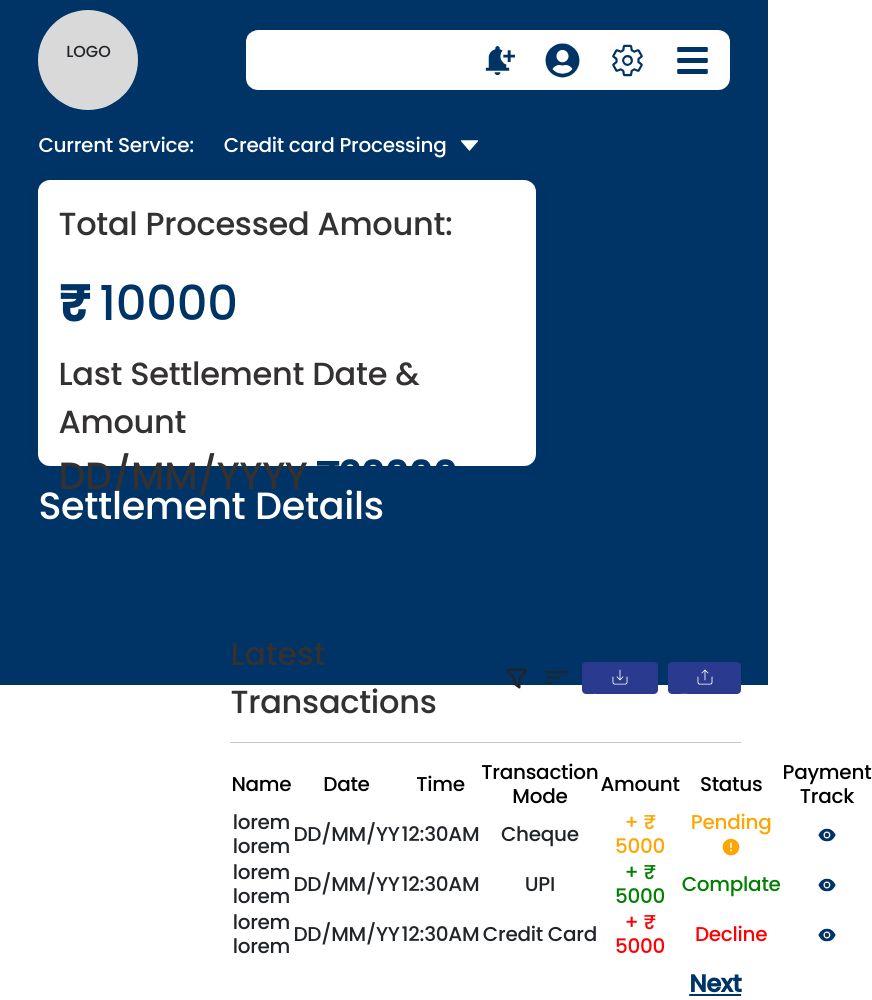
Repository: FlyweisReact/Prashant
Page: /dashboard
These files come from the project's save history. The page is drawn as it stood at one moment and after the next save; the edit follows.
The browser window is 768 px wide. The page is 872 px wide, so the pictures cover 872 px, including what lies to the right of the window. The pictures show the whole page.
Some web libraries are served in a nearby version. The project was rebuilt for these pictures with package versions that can differ from the ones it lists, and the page was loaded fresh each time. Also part of the build but not shown: src/Pages/CryptoPayment.jsx, src/Pages/CurrentCharge.jsx, src/Styles/Login.module.css, src/Components/Login/LoginFirstSection.jsx, src/Components/Login/LoginMainSection.jsx, src/Pages/Login.jsx, src/Pages/MatureFund.jsx, src/Pages/OpenBanking.jsx and 12 more.

Above is the page before, as saved 2023-03-23 18:32:07.

### public/index.html
<!DOCTYPE html>
<html lang="en">
  <head>
    <meta charset="utf-8" />
    <link rel="icon" href="%PUBLIC_URL%/favicon.ico" />
    <meta name="viewport" content="width=device-width, initial-scale=1" />
    <meta name="theme-color" content="#000000" />
    <meta
      name="description"
      content="Web site created using create-react-app"
    />
    <link rel="apple-touch-icon" href="%PUBLIC_URL%/logo192.png" />
    <link rel="manifest" href="%PUBLIC_URL%/manifest.json" />
    <title>React App</title>
  </head>
  <body>
    <noscript>You need to enable JavaScript to run this app.</noscript>
    <div id="root"></div>
  </body>
  <style>
    @import url("https://fonts.googleapis.com/css2?family=Lilita+One&family=PT+Sans&family=Poppins:wght@500&display=swap");
  </style>
  <script src="https://kit.fontawesome.com/b533b351e4.js" crossorigin="anonymous"></script>
</html>

### src/Routes/AllRoutes.jsx
import React from "react";
import { Route, Routes } from "react-router-dom";
import { CryptoPayment } from "../Pages/CryptoPayment";
import { CurrentCharge } from "../Pages/CurrentCharge";
import { Dashboard } from "../Pages/Dashboard";
import { Login } from "../Pages/Login";
import { MatureFund } from "../Pages/MatureFund";
import { OpenBanking } from "../Pages/OpenBanking";
import { OtpPage } from "../Pages/OtpPage";
import { Profile } from "../Pages/Profile";
import { RefundRequest } from "../Pages/RefundRequest";
import { Register } from "../Pages/Register";
import { RegisterTwo } from "../Pages/RegisterTwo";
import { RollingReserve } from "../Pages/RollingReserve";

export const AllRoutes = () => {
  return (
    <Routes>
      <Route path="/" element={<Login />} />
      <Route path="/verify-otp" element={<OtpPage />} />
      <Route path="/dashboard" element={<Dashboard />} />
      <Route path="/register" element={<Register />} />
      <Route path="/detail-register" element={<RegisterTwo />} />
      <Route path="/profile" element={<Profile />} />
      <Route path="/rolling-reserve" element={<RollingReserve />} />
      <Route path="/mature-fund" element={<MatureFund />} />
      <Route path="/refund-request" element={<RefundRequest />} />
      <Route path="/current-charge" element={<CurrentCharge />} />
      <Route path="open-banking-service" element={<OpenBanking />} />
      <Route path="/crypto-payment-proccessing" element={<CryptoPayment />} />
    </Routes>
  );
};

### src/Components/SideBar.jsx
import React from "react";
import { AiFillHome } from "react-icons/ai";
import { Link, useLocation } from "react-router-dom";
import styles from "../Styles/SideBar.module.css";
export const SideBar = () => {
  const { pathname } = useLocation();
  return (
    <div className={styles.SideBarMain}>
      <h1>Welcome Back</h1>
      <div>
        <div>
          <img
            src="https://th.bing.com/th/id/OIP.2i5UaEHaQM3PYAYXQyM1AAAAAA?pid=ImgDet&rs=1"
            alt="img"
          />
          <h1>Pooja Sharma</h1>
          <p>ID:#202031232</p>
          <div className={styles.TotalBudgetDiv}>
            <h1>&#x20b9;</h1>
            <h1>10000</h1>
          </div>
          <p>Monthly Budget</p>
        </div>
      </div>
      <div className={styles.LinkBox}>
        <Link to={"/dashboard"}>
          <div
            className={
              pathname === "/dashboard" ? styles.active : styles.unactive
            }
          >
            <AiFillHome size={25} />
            <p>Dashboard</p>
          </div>
        </Link>
        <Link to={"/rolling-reserve"}>
          <div
            className={
              pathname === "/rolling-reserve" ? styles.active : styles.unactive
            }
          >
            <p>Rolling Reserve</p>
          </div>
        </Link>
        <Link to={"/mature-fund"}>
          <div
            className={
              pathname === "/mature-fund" ? styles.active : styles.unactive
            }
          >
            <p>Mature Funds</p>
          </div>
        </Link>
        <Link to={"/refund-request"}>
          <div
            className={
              pathname === "/refund-request" ? styles.active : styles.unactive
            }
          >
            <p>Refund Request</p>
          </div>
        </Link>
        <Link to={"/current-charge"}>
          <div
            className={
              pathname === "/current-charge" ? styles.active : styles.unactive
            }
          >
            <p>Current Charge Back</p>
          </div>
        </Link>
      </div>
    </div>
  );
};

### src/Components/TotalAmountSection.jsx
import React from "react";
import styles from "../Styles/TotalAmountSection.module.css";
export const TotalAmountSection = () => {
  return (
    <div className={styles.MainDiv}>
      <h1>Total Processed Amount:</h1>
      <div className={styles.TotalBudgetDiv}>
        <h1>&#x20b9;</h1>
        <h1>10000</h1>
      </div>
      <h1>Last Settlement Date & Amount</h1>
      <div className={styles.DateSection}>
        <div>
          <p>DD/MM/YYYY</p>
          <h2>&#x20b9;{20000}</h2>
        </div>
      </div>
    </div>
  );
};

### src/Components/CardProccessingModal.jsx
import React from "react";
import { MdOutlineClose } from "react-icons/md";
import { Link } from "react-router-dom";
import styles from "../Styles/CardProccessingModal.module.css";
export const CardProccessingModal = ({ OpenModal, HandleModal }) => {
  console.log(OpenModal);
  return (
    <div className={OpenModal ? styles.modalVisible : styles.modal}>
      <div className={styles.ModalMainDiv}>
        <MdOutlineClose
          onClick={() => HandleModal()}
          size={25}
          className={styles.CloseICon}
        />
        <div>
          <Link to={""}>Credit Card Processing</Link>
          <hr />
          <Link to={"/open-banking-service"}>Open Banking Service</Link>
          <hr />
          <Link to={"/crypto-payment-proccessing"}>
            Crypto payment processing
          </Link>
        </div>
      </div>
    </div>
  );
};

### src/Components/PaymentPendingModal.jsx
import React from "react";
import { MdOutlineClose } from "react-icons/md";
import styles from "../Styles/PaymentPendingModal.module.css";
import { IoMdCheckmarkCircle } from "react-icons/io";
import { RiErrorWarningFill } from "react-icons/ri";
import { BsCircleFill } from "react-icons/bs";
export const PaymentPendingModal = ({ OpenModal, HandleModal }) => {
  console.log(OpenModal);
  return (
    <div className={OpenModal ? styles.modalVisible : styles.modal}>
      <div className={styles.ModalMainDiv}>
        <MdOutlineClose
          onClick={() => HandleModal()}
          size={25}
          className={styles.CloseICon}
        />
        <div>
          <h1>Payment Details</h1>
          <hr style={{ height: "4px", background: "white" }} />
          <div className={styles.paymentDetailMainDiv}>
            <div className={styles.PaymentDetails}>
              <div>
                <p>Transaction ID:</p>
                <p>545454545</p>
              </div>
              <div>
                <p>To:</p>
                <p>Loren loren Epsom ( Company Name)</p>
              </div>
              <div>
                <p>From:</p>
                <p>Loren loren Epsom (Merchant Company)</p>
              </div>
              <div>
                <p>Transaction Mode:</p>
                <p>Card</p>
              </div>
            </div>
            <div className={styles.paymentTimeline}>
              <p>Payment Timeline</p>
              <div>
                <div className={styles.VerticalLine}></div>
                <div className={styles.PaymentStatus}>
                  <IoMdCheckmarkCircle
                    size={25}
                    className={styles.Icons}
                    color="green"
                  />
                  <p>Payment Started</p>
                </div>
                <div className={styles.PaymentStatus}>
                  <RiErrorWarningFill
                    size={25}
                    className={styles.Icons}
                    color="orange"
                  />
                  <p>Payment Failed To complete</p>
                </div>
                <div className={styles.PaymentStatus}>
                  <BsCircleFill
                    size={25}
                    className={styles.Icons}
                    color="white"
                  />
                  <p>Payment Successful</p>
                </div>
              </div>
              <hr />
              <div className={styles.ReasonsDiv}>
                <p>Reason:</p>
                <p> Account Coded (Credit Rating) </p>
              </div>
              <div className={styles.ReasonsDiv}>
                <p>Code:</p>
                <p> 505 </p>
              </div>
              <div className={styles.ReasonsDiv}>
                <p>Description:</p>
                <p>
                  {" "}
                  The account the customer used for the attempted transaction
                  has a negative credit rating.{" "}
                </p>
              </div>
            </div>
          </div>
          <div className={styles.Note}>
            Note
            <RiErrorWarningFill />
          </div>
          <p className={styles.NotesPara}>If Payment stuck during the process it will automatically credited sender account in 3 to 4 days</p>
        </div>
      </div>
    </div>
  );
};

### src/Components/DeclineModal.jsx
import React from "react";
import { MdOutlineClose } from "react-icons/md";
import styles from "../Styles/DeclineModal.module.css";
import { IoMdCheckmarkCircle } from "react-icons/io";
import { RiErrorWarningFill } from "react-icons/ri";
import { BsCircleFill } from "react-icons/bs";
export const DeclineModal = ({ OpenModal, HandleModal }) => {
  return (
    <div className={OpenModal ? styles.modalVisible : styles.modal}>
      <div className={styles.ModalMainDiv}>
        <MdOutlineClose
          onClick={() => HandleModal()}
          size={25}
          className={styles.CloseICon}
        />
        <div>
          <h1>Payment Details</h1>
          <hr style={{ height: "4px", background: "white" }} />
          <div className={styles.paymentDetailMainDiv}>
            <div className={styles.PaymentDetails}>
              <div>
                <p>Transaction ID:</p>
                <p>545454545</p>
              </div>
              <div>
                <p>To:</p>
                <p>Loren loren Epsom ( Company Name)</p>
              </div>
              <div>
                <p>From:</p>
                <p>Loren loren Epsom (Merchant Company)</p>
              </div>
              <div>
                <p>Transaction Mode:</p>
                <p>Card</p>
              </div>
            </div>
            <div className={styles.paymentTimeline}>
              <p>Payment Timeline</p>
              <div>
                <div className={styles.VerticalLine}></div>
                <div className={styles.PaymentStatus}>
                  <IoMdCheckmarkCircle
                    size={25}
                    className={styles.Icons}
                    color="green"
                  />
                  <p>Payment Started</p>
                </div>
                <div className={styles.PaymentStatus}>
                  <RiErrorWarningFill
                    size={25}
                    className={styles.Icons}
                    color="red"
                  />
                  <p>Payment Failed To complete</p>
                </div>
                <div className={styles.PaymentStatus}>
                  <BsCircleFill
                    size={25}
                    className={styles.Icons}
                    color="white"
                  />
                  <p>Payment Successful</p>
                </div>
              </div>
              <hr />
              <div className={styles.ReasonsDiv}>
                <p>Reason:</p>
                <p> Account Coded (Credit Rating) </p>
              </div>
              <div className={styles.ReasonsDiv}>
                <p>Code:</p>
                <p> 505 </p>
              </div>
              <div className={styles.ReasonsDiv}>
                <p>Description:</p>
                <p>
                  {" "}
                  The account the customer used for the attempted transaction
                  has a negative credit rating.{" "}
                </p>
              </div>
            </div>
          </div>
        </div>
      </div>
    </div>
  );
};

### src/Styles/SideBar.module.css
.SideBarMain{
    position: absolute;
    width: 314px;
/* height: 789px; */
left: 25%px;
top: 35%;
background: #FFFFFF;
border: 1px solid #D9D9D9;
box-shadow: 0px 0px 4px rgba(0, 0, 0, 0.25);
border-radius: 12px;
padding: 10px;
}
.SideBarMain>h1{
    text-align: center;
    font-family: 'Poppins';
font-style: normal;
font-weight: 700;
font-size: 32px;
margin-top: 5px;
letter-spacing: -0.28px;
}
.SideBarMain>div{
    width: 100%;
    display: flex;
    align-items: center;
    justify-content: center;
}
.SideBarMain>div>div{
    text-align: center;
}
.SideBarMain>div>div>img{
    width: 120px;
height: 121px;
    border-radius: 50%;
}
.SideBarMain>div>div>h1{
    font-family: 'Poppins';
font-style: normal;
font-weight: 500;
font-size: 24px;
letter-spacing: -0.28px;
}
.SideBarMain>div>div>p{
    font-family: 'Poppins';
font-style: normal;
margin-top: -10px;
font-weight: 300;
font-size: 20px;
line-height: 30px;
letter-spacing: -0.28px;
color: rgba(0, 0, 0, 0.5);
}
.TotalBudgetDiv{
    display: flex;
    align-items: center;
    gap: 20px;
    margin: 15px;
}
.TotalBudgetDiv>h1:first-child{
    font-family: 'Poppins';
font-style: normal;
font-weight: 700;
font-size: 48px;
line-height: 72px;
letter-spacing: -0.28px;
}
.TotalBudgetDiv>h1{
    font-family: 'Poppins';
    font-style: normal;
    font-weight: 500;
    font-size: 48px;
    line-height: 72px;
    margin: 0;
    letter-spacing: -0.28px;
}
.LinkBox{
    display: flex;
    flex-direction: column;
    margin-top: 20px;
}
.LinkBox>a{
    text-decoration: none;
}
.active{
    width: 250px;
    height: 65px;
    padding-left: 10px;
    padding-right: 10px;
    background: #003466;
    box-shadow: 0px 0px 32px 4px rgba(0, 52, 102, 0.25);
    border-radius: 12px;
    display: flex;
    color: white;
    justify-content: center;
    align-items: center;
    gap: 5px;

}
.unactive{
    width: 250px;
    height: 65px;
    display: flex;

    color:#003466;
    justify-content: center;
    align-items: center;
    gap: 5px;
}
.unactive,.active >p{
    font-family: 'Poppins';
font-style: normal;
font-weight: 500;
font-size: 24px;
line-height: 36px;
letter-spacing: -0.28px;
}

@media (max-width:780px) {
    .SideBarMain{
        display: none;
    }

}

### src/Styles/TotalAmountSection.module.css
.MainDiv{
    display:flex;
    flex-direction: column;
    margin-top: 20px;
    width: 72%;
height: 286px;
background: #FFFFFF;
box-shadow: 0px 0px 10px rgba(0, 52, 102, 0.3);
border-radius: 12px;
}
.MainDiv>h1{
    font-family: 'Poppins';
    font-style: normal;
    font-weight: 500;
    font-size: 32px;
    line-height: 48px;
    letter-spacing: -0.28px;
    color: #333131;
    margin: 20px;
}
.TotalBudgetDiv{
    display: flex;
    align-items: center;
    gap: 30px;
    margin-left: 20px;
  margin-top: -30px;
  margin-bottom: -40px;
}
.TotalBudgetDiv>h1:first-child{
    font-family: 'Poppins';
font-style: normal;
font-weight: 700;
margin: 0;
font-size: 50px;
line-height: 72px;
letter-spacing: -0.28px;
color: #003466;
}
.TotalBudgetDiv>h1{
    font-family: 'Poppins';
    font-style: normal;
    font-weight: 500;
    font-size: 48px;
    line-height: 72px;
    margin: 0;
    letter-spacing: -0.28px;
    color: #003466;
}
.DateSection>div{
    width: 80%;
    margin-top: -50px;
    /* background-color: rebeccapurple; */
    display: flex;
    justify-content: space-between;
    align-items: center;
    margin-left: 20px;
}
.DateSection>div>p{
   font-family: 'Poppins';
font-style: normal;
font-weight: 500;
font-size: 38px;
line-height: 60px;
/* identical to box height */
margin: 0;
letter-spacing: -0.28px;
color: #333131;
}
.DateSection>div>h2{
    margin: 0;
    font-family: 'Poppins';
font-style: normal;
font-weight: 600;
font-size: 38px;
line-height: 60px;
letter-spacing: -0.28px;
color: #003466;
}

@media (max-width : 780px) {
    .MainDiv{
        w
    }

}

### src/Styles/CardProccessingModal.module.css
.modal{
    display: none;
  position: fixed;
  z-index: 1;
  left: 0%;
  top: 0;
  width: 100%;
  height: 100%;
  overflow: auto;
  background-color: rgb(0,0,0);
  background-color: rgba(0,0,0,0.4);
}
.modalVisible{
    display :block;
    position: fixed;
    z-index: 1;
    left: 0%;
    top: 0;
    width: 100%;
    height: 100%;
    /* margin-bottom: 20px; */
    overflow: auto;
    background-color: rgb(0,0,0);
    background-color: rgba(0,0,0,0.4);
}
.CloseICon{
    position: absolute;
    right: 3%;
    top: 5%;
    cursor: pointer;
}
.MainTitle{
    display: flex;
    border: 1px solid blue;
}
.ModalMainDiv{
    position:absolute;
    margin: auto;
    /* width: 435px; */
height: 221px;
background: #FFFFFF;
border-radius: 4px;

    top: 38%;
    left: 60%;

}
.ModalMainDiv>div{
    margin: 30px;
}
.ModalMainDiv>div>a{
    text-decoration: none;
    height: 50px;
    font-family: 'Poppins';
font-style: normal;
font-weight: 500;
font-size: 32px;
line-height: 40px;
letter-spacing: -0.28px;

color: #333333;
}

### src/Styles/PaymentPendingModal.module.css
.modal{
    display: none;
  position: fixed;
  z-index: 1;
  left: 0%;
  top: 0;
  width: 100%;
  height: 100%;
  overflow: auto;
  background-color: rgb(0,0,0);
  background-color: rgba(0,0,0,0.4);
}
.modalVisible{
    display :block;
    position: fixed;
    z-index: 1;
    left: 0%;
    top: 0;
    width: 100%;
    height: 100%;
    /* margin-bottom: 20px; */
    overflow: auto;
    background-color: rgb(0,0,0);
    background-color: rgba(0,0,0,0.4);
}
.CloseICon{
    position: absolute;
    right: 3%;
    top: 3%;
    cursor: pointer;
    color: white;
}
.MainTitle{
    display: flex;
    border: 1px solid blue;
}
.ModalMainDiv{
    position:absolute;
    margin: auto;
width: 980px;
/* height: 681px; */
left: 20%;
top: 8%;

background: #003466;


}
.ModalMainDiv>div{
    margin: 30px;
}
.ModalMainDiv>div>h1{
    font-family: 'Poppins';
    font-style: normal;
    font-weight: 600;
    font-size: 24px;
    line-height: 29px;
    letter-spacing: -0.28px;
    color: #FFFFFF;
}
.paymentDetailMainDiv{
    display: flex;
    gap: 20px;
    margin-top: 20px;
}
.paymentDetailMainDiv>div:first-child{
    width: 50%;
/* height: 426px; */
background: #FFFFFF;
border: 1px solid #D9D9D9;
box-shadow: 0px 0px 4px rgba(0, 0, 0, 0.25);
border-radius: 20px;
}
.paymentDetailMainDiv>div{
    width: 50%;
}

.PaymentDetails>div{
    margin:20px;
    margin-top: 0;
    margin-bottom: 30px;
}

.PaymentDetails>div>p{
    font-family: 'Poppins';
font-style: normal;
margin: 10;
font-weight: 500;
font-size: 20px;
line-height: 24px;
letter-spacing: -0.28px;
color: #003466;
}
.PaymentDetails>div>p:first-child{
    font-weight: 600;
}
.paymentTimeline>p{
    font-family: 'Poppins';
    font-style: normal;
    font-weight: 500;
    font-size: 20px;
    line-height: 24px;
    letter-spacing: -0.28px;
    margin: 0;
    color: #FFFFFF;
}
.paymentTimeline>div{
    position: relative;
}
.PaymentStatus{
    display: flex;
    align-items: center;
    gap: 20px;
}
.PaymentStatus>p{
    font-family: 'Poppins';
font-style: normal;
font-weight: 400;
font-size: 20px;
line-height: 24px;
letter-spacing: -0.28px;
margin-left: 40px;
color: #FFFFFF;
}
.VerticalLine{
    position: absolute;
    border-left:2px dotted white;
    left:3%;
    top: 18%;
    height:130px;
}
.Icons{
    position: absolute;
    left: 0;
}
.ReasonsDiv{
    display: flex;
    gap: 30px;
    margin: 10px;
}

.ReasonsDiv>p:first-child{
    width: 30%;
    font-family: 'Poppins';
    font-style: normal;
    font-weight: 500;
    font-size: 20px;
    line-height: 24px;
    letter-spacing: -0.28px;

    color: #FFFFFF;
    margin: 0;
}
.ReasonsDiv>p:last-child{
    width: 70%;
    font-family: 'Poppins';
    font-style: normal;
    font-weight: 400;
    font-size: 20px;
    line-height: 24px;
    letter-spacing: -0.28px;
    margin: 0;
    color: #FFFFFF;
}
.Note{
    margin-top: 20px;
    width: 128px;
    display: flex;
    justify-content: center;
    align-items: center;
height: 38px;
background: #FFFFFF;
border-radius: 19px;
font-family: 'Poppins';
font-style: normal;
font-weight: 600;
font-size: 24px;
line-height: 29px;
/* identical to box height */

letter-spacing: -0.28px;

color: #003466;

}
.NotesPara{
    width: 100%;
    font-family: 'Poppins';
font-style: normal;
font-weight: 500;
font-size: 19px;
line-height: 24px;
letter-spacing: -0.28px;
color: #FFFFFF;
}

### src/Styles/DeclineModal.module.css
.modal{
    display: none;
  position: fixed;
  z-index: 1;
  left: 0%;
  top: 0;
  width: 100%;
  height: 100%;
  overflow: auto;
  background-color: rgb(0,0,0);
  background-color: rgba(0,0,0,0.4);
}
.modalVisible{
    display :block;
    position: fixed;
    z-index: 1;
    left: 0%;
    top: 0;
    width: 100%;
    height: 100%;
    /* margin-bottom: 20px; */
    overflow: auto;
    background-color: rgb(0,0,0);
    background-color: rgba(0,0,0,0.4);
}
.CloseICon{
    position: absolute;
    right: 3%;
    top: 3%;
    cursor: pointer;
    color: white;
}
.MainTitle{
    display: flex;
    border: 1px solid blue;
}
.ModalMainDiv{
    position:absolute;
    margin: auto;
width: 980px;

left: 20%;
top: 8%;

background: #003466;


}
.ModalMainDiv>div{
    margin: 30px;
}
.ModalMainDiv>div>h1{
    font-family: 'Poppins';
    font-style: normal;
    font-weight: 600;
    font-size: 24px;
    line-height: 29px;
    letter-spacing: -0.28px;
    color: #FFFFFF;
}
.paymentDetailMainDiv{
    display: flex;
    gap: 20px;
    margin-top: 20px;
}
.paymentDetailMainDiv>div:first-child{
    width: 50%;
/* height: 426px; */
background: #FFFFFF;
border: 1px solid #D9D9D9;
box-shadow: 0px 0px 4px rgba(0, 0, 0, 0.25);
border-radius: 20px;
}
.paymentDetailMainDiv>div{
    width: 50%;
}

.PaymentDetails>div{
    margin:20px;
    margin-top: 0;
    margin-bottom: 30px;
}

.PaymentDetails>div>p{
    font-family: 'Poppins';
font-style: normal;
margin: 10;
font-weight: 500;
font-size: 20px;
line-height: 24px;
letter-spacing: -0.28px;
color: #003466;
}
.PaymentDetails>div>p:first-child{
    font-weight: 600;
}
.paymentTimeline>p{
    font-family: 'Poppins';
    font-style: normal;
    font-weight: 500;
    font-size: 20px;
    line-height: 24px;
    letter-spacing: -0.28px;
    margin: 0;
    color: #FFFFFF;
}
.paymentTimeline>div{
    position: relative;
}
.PaymentStatus{
    display: flex;
    align-items: center;
    gap: 20px;
}
.PaymentStatus>p{
    font-family: 'Poppins';
font-style: normal;
font-weight: 400;
font-size: 20px;
line-height: 24px;
letter-spacing: -0.28px;
margin-left: 40px;
color: #FFFFFF;
}
.VerticalLine{
    position: absolute;
    border-left:2px dotted white;
    left:3%;
    top: 18%;
    height:130px;
}
.Icons{
    position: absolute;
    left: 0;
}
.ReasonsDiv{
    display: flex;
    gap: 30px;
    margin: 10px;
}

.ReasonsDiv>p:first-child{
    width: 30%;
    font-family: 'Poppins';
    font-style: normal;
    font-weight: 500;
    font-size: 20px;
    line-height: 24px;
    letter-spacing: -0.28px;

    color: #FFFFFF;
    margin: 0;
}
.ReasonsDiv>p:last-child{
    width: 70%;
    font-family: 'Poppins';
    font-style: normal;
    font-weight: 400;
    font-size: 20px;
    line-height: 24px;
    letter-spacing: -0.28px;
    margin: 0;
    color: #FFFFFF;
}
.Note{
    margin-top: 20px;
    width: 128px;
    display: flex;
    justify-content: center;
    align-items: center;
height: 38px;
background: #FFFFFF;
border-radius: 19px;
font-family: 'Poppins';
font-style: normal;
font-weight: 600;
font-size: 24px;
line-height: 29px;
/* identical to box height */

letter-spacing: -0.28px;

color: #003466;

}
.NotesPara{
    width: 100%;
    font-family: 'Poppins';
font-style: normal;
font-weight: 500;
font-size: 19px;
line-height: 24px;
letter-spacing: -0.28px;
color: #FFFFFF;
}

Loaded but not shown: src/index.css (common file); src/reportWebVitals.js (common file); src/index.js (18 lines, source omitted); src/App.js (13 lines, source omitted); src/Components/Dashboard/UserInfoPopUp.jsx (216 lines, source omitted); src/Pages/Dashboard.jsx (184 lines, source omitted); src/App.css (328 lines, source omitted); src/Styles/Dashboard.module.css (217 lines, source omitted)

After the next save:
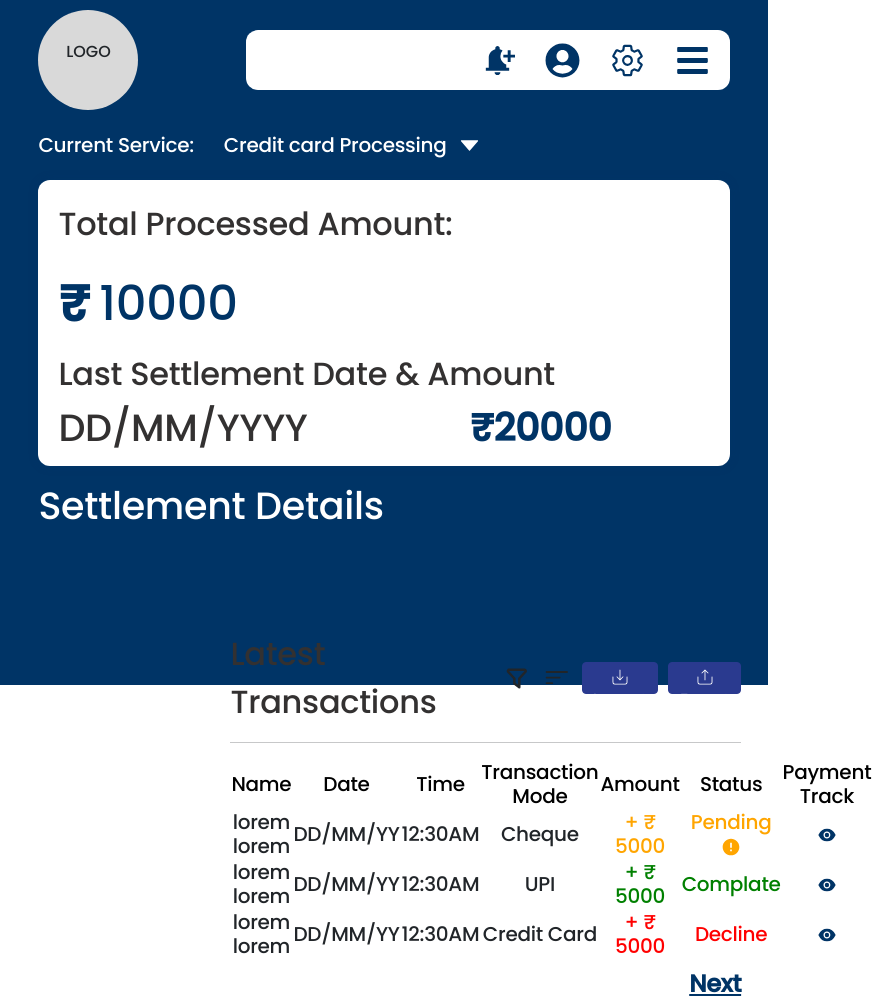
Saved 5 s later.
--- a/src/Styles/TotalAmountSection.module.css
+++ b/src/Styles/TotalAmountSection.module.css
@@ -79,7 +79,7 @@ color: #003466;
 
 @media (max-width : 780px) {
     .MainDiv{
-        w
+        width: 100%;
     }
 
 }
